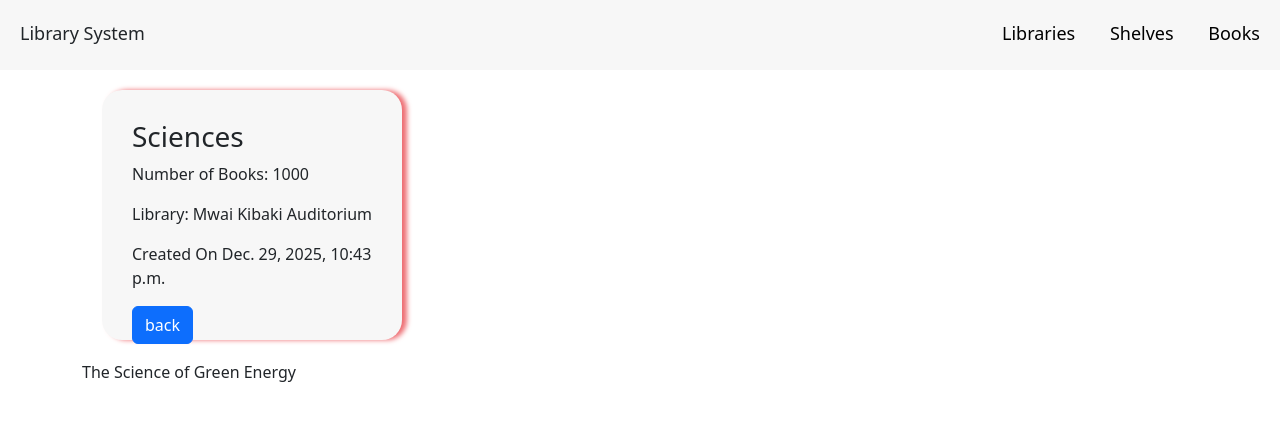
Repository: Mbote-Joseph/Library-Shelves-Books-Managements
Page: http://localhost/shelf-details/1
The author's editor kept a copy of each file at every save. The page is drawn from the files as they stood at one save, then again after the next save.
The browser window is 1280 px wide. The pictures show the whole page.
The page is served by the project's application, run on Django 5.2 (manage.py). Other server files are loaded and not shown. The page reads the database file committed with the project.

Above is the page before, as saved 2026-01-01 20:00:10.

### books/templates/books/shelf_detailview.html
{% extends "base.html" %}

{% block title %}
    {{shelf.name}}
{% endblock %}


{% block content %}
<div class="container">
    <div class="shelf">
            <h3> {{shelf.label}} </h3>
            <p> Number of Books:  {{shelf.books_capacity}} </p>
            <p> Library:  {{shelf.library.name}} </p>
            <p> Created On {{shelf.created_on}} </p>
            <a class="btn btn-primary" href="{% url 'shelves' %}"> back  </a>
        </div>

        {% for book in books %}
        <p> {{book.title}} </p>

        {% endfor %}

</div>
{% endblock %}

### static/templates/base.html
{% load static %}
<!doctype html>
<html lang="en">
  <head>
    <meta charset="utf-8">
    <meta name="viewport" content="width=device-width, initial-scale=1">
    <title>
        {% block title %}

        {% endblock %}
    </title>
    <link href="https://cdn.jsdelivr.net/npm/bootstrap@5.3.8/dist/css/bootstrap.min.css" rel="stylesheet" integrity="sha384-sRIl4kxILFvY47J16cr9ZwB07vP4J8+LH7qKQnuqkuIAvNWLzeN8tE5YBujZqJLB" crossorigin="anonymous">
    <link rel="stylesheet" type='text/css' href="{% static 'css/styles.css' %}">
  </head>
  <body>
    <nav class="nav">
      <span> Library System </span>
      <span>
        <ul>
          <a href="{% url 'libraries' %}"> Libraries </a>
          <a href="{% url 'shelves' %}"> Shelves </a>
          <a href="{% url 'books' %}"> Books </a>
        </ul>
      </span>

    </nav>

    {% block content %}

    {% endblock %}


    <script src="https://cdn.jsdelivr.net/npm/bootstrap@5.3.8/dist/js/bootstrap.bundle.min.js" integrity="sha384-FKyoEForCGlyvwx9Hj09JcYn3nv7wiPVlz7YYwJrWVcXK/BmnVDxM+D2scQbITxI" crossorigin="anonymous"></script>
  </body>
</html>

### books/models.py
from django.db import models

# Create your models here.
class Library(models.Model):
    name = models.CharField(max_length=50)
    students_capacity = models.IntegerField()
    location = models.CharField(max_length=100)
    created_on = models.DateTimeField(auto_now_add=True)

    def __str__(self):
        return f"{self.name} - {self.location}"

class Shelf(models.Model):
    label = models.CharField(max_length=50)
    books_capacity = models.CharField()
    library = models.ForeignKey(Library, on_delete=models.CASCADE, related_name='shelves')
    created_on = models.DateTimeField(auto_now_add=True)

    def __str__(self):
        return f"{self.label} On {self.library} Library"

class Book(models.Model):
    title = models.CharField(max_length=100)
    author = models.CharField(max_length=100)
    isbn = models.CharField(max_length=10)
    description = models.TextField()
    is_published = models.BooleanField(default=False)
    is_new = models.BooleanField(default=False)
    shelf = models.ForeignKey(Shelf, on_delete=models.CASCADE, related_name='books')

    def __str__(self):
        return f"{self.title} By {self.author}"

### books/views.py
from django.shortcuts import render
from django.views.generic import ListView, DetailView, CreateView

from books.forms import  BookForm, LibraryForm, ShelfForm

from .models import Library, Shelf, Book

# Create your views here.
class LibraryListView(ListView):
    model = Library
    context_object_name = "libraries"
    queryset = Library.objects.all()
    template_name = 'books/library_view.html'

class ShelfListView(ListView):
    model = Shelf
    context_object_name = "shelves"
    queryset = Shelf.objects.all()
    template_name = 'books/shelf_view.html'


class BookListView(ListView):
    model = Book
    context_object_name = "books"
    queryset = Book.objects.all()
    template_name = 'books/book_view.html'

class LibraryDetailView(DetailView):
    model = Library
    context_object_name = 'library'
    template_name = "books/library_detailview.html"

    def get_context_data(self, **kwargs):
        context = super().get_context_data(**kwargs)
        context['shelves'] = self.object.shelves.all()
        return context

class ShelfDetailView(DetailView):
    model = Shelf
    context_object_name = 'shelf'
    template_name = 'books/shelf_detailview.html'

    def get_context_data(self, **kwargs):
        context = super().get_context_data(**kwargs)
        context['books'] = self.object.books.all()
        return context

class BookDetailView(DetailView):
    model = Book
    context_object_name = 'book'
    template_name = 'books/book_detailview.html'

class LibraryCreate(CreateView):
    model = Library
    context_object_name = 'library'
    form_class = LibraryForm
    http_method_names = ['get', 'post', 'put', 'patch', 'delete', 'head', 'options', 'trace']
    template_name = "books/library_form.html"
    success_url = 'libraries'


class ShelfCreate(CreateView):
    model = Shelf
    context_object_name = 'shelf'
    form_class = ShelfForm
    http_method_names = ['get', 'post', 'put', 'patch', 'delete', 'head', 'options', 'trace']
    template_name = "books/shelf_form.html"
    success_url = 'shelf'

class BookCreate(CreateView):
    model = Book
    form_class = BookForm
    context_object_name = 'book'
    http_method_names = ['get', 'post', 'put', 'patch', 'delete', 'head', 'options', 'trace']
    template_name = 'books/book_form.html'
    success_url = 'book'

### learn/urls.py
"""
URL configuration for learn project.

The `urlpatterns` list routes URLs to views. For more information please see:
    https://docs.djangoproject.com/en/6.0/topics/http/urls/
Examples:
Function views
    1. Add an import:  from my_app import views
    2. Add a URL to urlpatterns:  path('', views.home, name='home')
Class-based views
    1. Add an import:  from other_app.views import Home
    2. Add a URL to urlpatterns:  path('', Home.as_view(), name='home')
Including another URLconf
    1. Import the include() function: from django.urls import include, path
    2. Add a URL to urlpatterns:  path('blog/', include('blog.urls'))
"""
from django.contrib import admin
from django.urls import path, include

urlpatterns = [
    path('admin/', admin.site.urls),
    path('', include('books.urls'))
]

### books/urls.py
from django.urls import path

from books.views import BookCreate, BookDetailView, BookListView, LibraryDetailView, LibraryListView, ShelfCreate, ShelfDetailView, ShelfListView, LibraryCreate

urlpatterns = [
    path('', LibraryListView.as_view(), name = 'libraries'),
    path('libraries', LibraryListView.as_view(), name = 'libraries'),
    path('shelf', ShelfListView.as_view(), name = 'shelves'),
    path('book', BookListView.as_view(), name="books"),
    path("library-details/<int:pk>", LibraryDetailView.as_view(), name="library.details"),
    path('shelf-details/<int:pk>', ShelfDetailView.as_view(), name="shelf.details"),
    path("book-details/<int:pk>", BookDetailView.as_view(), name = "book.details"),
    path('library-create', LibraryCreate.as_view(), name="library.create"),
    path('shelf-create', ShelfCreate.as_view(), name="shelf.create"),
    path('book-create', BookCreate.as_view(), name="book.create"),
]

### static/css/styles.css
/**
 * Copyright 2025 josephmbote
 *
 * Licensed under the Apache License, Version 2.0 (the "License");
 * you may not use this file except in compliance with the License.
 * You may obtain a copy of the License at
 *
 *     https://www.apache.org/licenses/LICENSE-2.0
 *
 * Unless required by applicable law or agreed to in writing, software
 * distributed under the License is distributed on an "AS IS" BASIS,
 * WITHOUT WARRANTIES OR CONDITIONS OF ANY KIND, either express or implied.
 * See the License for the specific language governing permissions and
 * limitations under the License.
 */

.nav{
    left: 0;
    top: 0;
    width: 100%;
    background-color: #f7f7f7;
    font-size: large;
    font-style: 'Times New Roman';
    height: 70px;
    padding: 20px;
    display: flex;
    justify-content: space-between;
}
.nav a{
    margin-left: 30px;
    text-decoration: none;
    color: black;
}

.library {
    min-width: 300px;
    /* min-width: 200px; */
    height: 250px;
    /* max-height: 400px; */
    background-color: #f7f7f7;
    box-shadow: 5px 0 5px 0 #ee6e73;
    border: none;
    margin: 20px;
    padding: 30px;
    border-radius: 20px;
}

.cards{
    display: flex;
    flex-wrap: wrap;

}

.shelf {
    width: 300px;
    /* min-width: 200px; */
    height: 250px;
    /* max-height: 400px; */
    background-color: #f7f7f7;
    box-shadow: 5px 0 5px 0 #ee6e73;
    border: none;
    margin: 20px;
    padding: 30px;
    border-radius: 20px;
}

.book {
    width: 300px;
    /* min-width: 200px; */
    height: 300px;
    /* max-height: 400px; */
    background-color: #f7f7f7;
    box-shadow: 5px 0 5px 0 #ee6e73;
    border: none;
    margin: 20px;
    padding: 30px;
    border-radius: 20px;
}

### db.sqlite3 (the tables this page reads, as SQL)
CREATE TABLE "books_book" ("id" integer NOT NULL PRIMARY KEY AUTOINCREMENT, "title" varchar(100) NOT NULL, "author" varchar(100) NOT NULL, "isbn" varchar(10) NOT NULL, "description" text NOT NULL, "is_published" bool NOT NULL, "is_new" bool NOT NULL, "shelf_id" bigint NOT NULL REFERENCES "books_shelf" ("id") DEFERRABLE INITIALLY DEFERRED);
INSERT INTO "books_book" VALUES
(1, 'The Science of Green Energy', 'Joseph Mbote', 'qwe1234', 'The Book that describes how the world energy can be recycled', 1, 0, 1),
(2, 'Maths for Science', 'Audery Bii', 'MfS001', 'Mathematics for Science Volume 2 New Edition', 0, 0, 2),
(3, 'Gifted Hands', 'Ben Carson', 'BC001', 'The book that talk on the Gifts , Talents and Career', 0, 0, 3);

CREATE TABLE "books_library" ("id" integer NOT NULL PRIMARY KEY AUTOINCREMENT, "name" varchar(50) NOT NULL, "students_capacity" integer NOT NULL, "location" varchar(100) NOT NULL, "created_on" datetime NOT NULL);
INSERT INTO "books_library" VALUES
(1, 'Mwai Kibaki Auditorium', 100, 'Administration Block', '2025-12-29 22:41:55.696199'),
(2, 'Nelson Mandela Anex', 85, 'NSC', '2025-12-29 22:42:34.244470'),
(3, 'JM Kariuku Wing', 75, 'SCC Department', '2025-12-30 11:00:04.766333'),
(4, 'Joseph Mbote STEM Library', 56, 'Technology House', '2025-12-31 18:37:10.968556'),
(5, 'Computer Science Library', 50, 'SCC', '2025-12-31 18:39:11.248294'),
(6, 'Grade 1', 20, 'Nairobi Annex', '2025-12-31 18:41:43.779190');

CREATE TABLE "books_shelf" ("id" integer NOT NULL PRIMARY KEY AUTOINCREMENT, "label" varchar(50) NOT NULL, "books_capacity" varchar NOT NULL, "created_on" datetime NOT NULL, "library_id" bigint NOT NULL REFERENCES "books_library" ("id") DEFERRABLE INITIALLY DEFERRED);
INSERT INTO "books_shelf" VALUES
(1, 'Sciences', '1000', '2025-12-29 22:43:06.109364', 1),
(2, 'Maths', '500', '2025-12-30 11:05:21.466271', 3),
(3, 'Website for Emirati-heritage-artifact.rf.gd', '1000', '2025-12-31 18:53:06.133470', 1),
(4, 'Sciences', '1000', '2025-12-31 19:54:00.426027', 2),
(5, 'Sciences', '1000', '2025-12-31 19:54:25.057330', 2);

After the next save:
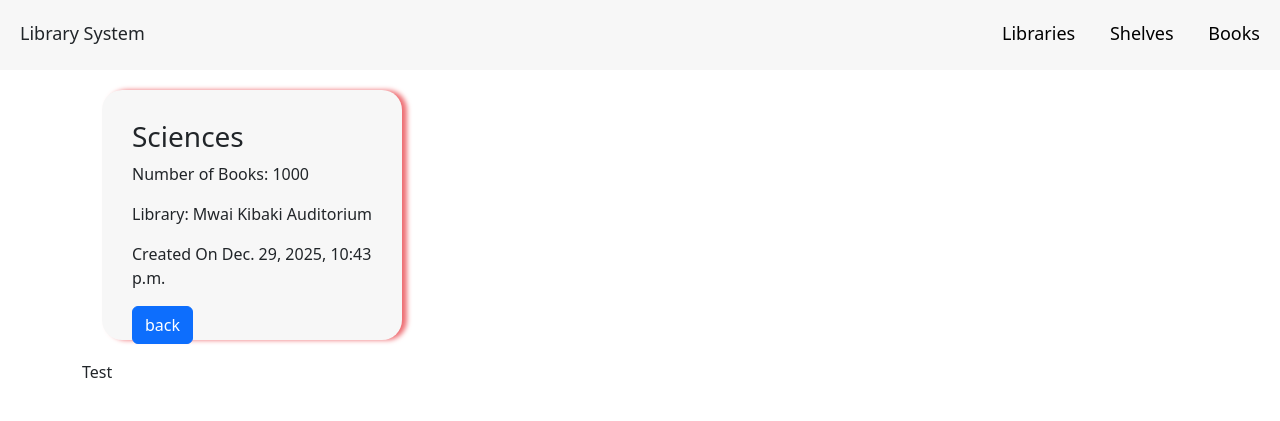
Saved 82 s later.
--- a/books/templates/books/shelf_detailview.html
+++ b/books/templates/books/shelf_detailview.html
@@ -15,10 +15,10 @@
             <a class="btn btn-primary" href="{% url 'shelves' %}"> back  </a>
         </div>
 
-        {% for book in books %}
-        <p> {{book.title}} </p>
+        {% if books %}
+        Test
 
-        {% endfor %}
+        {% endif %}
 
 </div>
 {% endblock %}

After the 2 saves that followed:
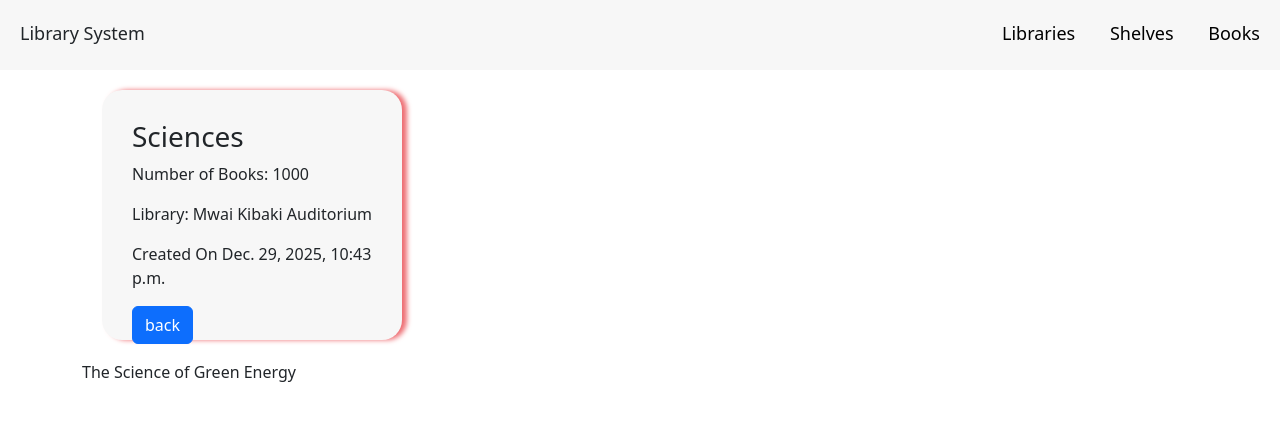
The 2 saves are shown as one change because 1 left the picture as it was.
The last was saved 91 s later.
--- a/books/templates/books/shelf_detailview.html
+++ b/books/templates/books/shelf_detailview.html
@@ -16,8 +16,13 @@
         </div>
 
         {% if books %}
-        Test
+            {% for book in books %}
+            <p> {{book.title}} </p>
 
+            {% endfor %}
+
+        {% else %}
+            <p> No books </p>
         {% endif %}
 
 </div>
